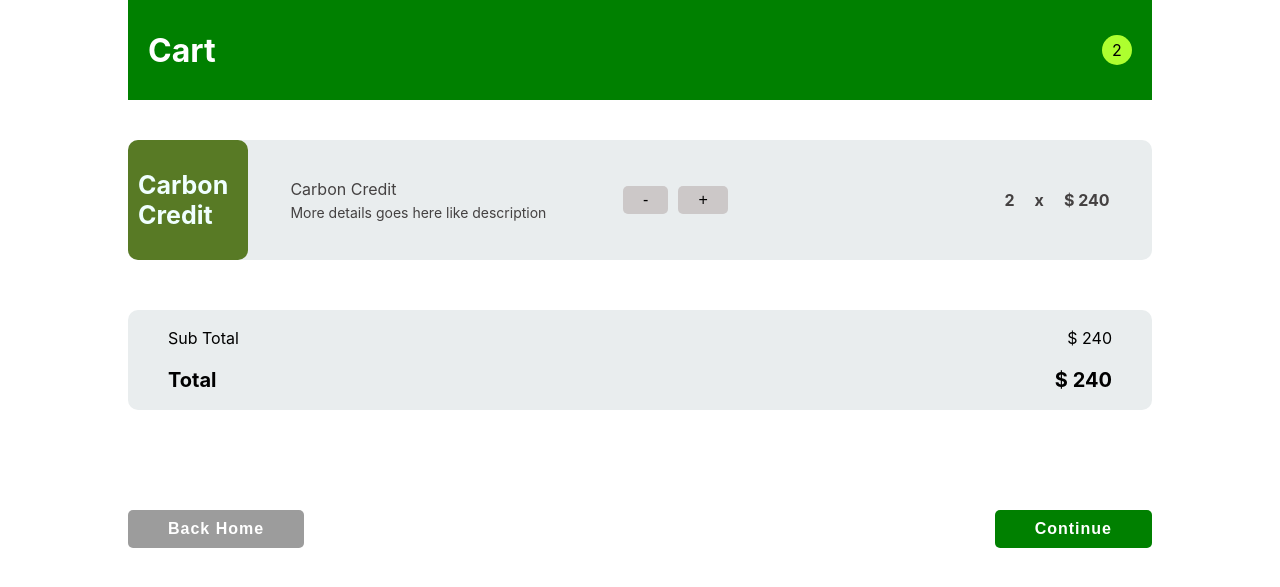
Repository: Yowani24/CarbonApp
Page: /cart
An editor plug-in stored every save of this project. The page is shown before and after the next save, followed by the edit.
The browser window is 1280 px wide. The pictures show the whole page.
The project was rebuilt for these pictures with package versions that can differ from the ones it lists, and the page was loaded fresh each time. The framework's server and built-in components were replaced by stand-ins that run in the browser. Also part of the build but not shown: next.config.js.

Above is the page before, as saved 2021-09-27 00:58:04.

After the next save:
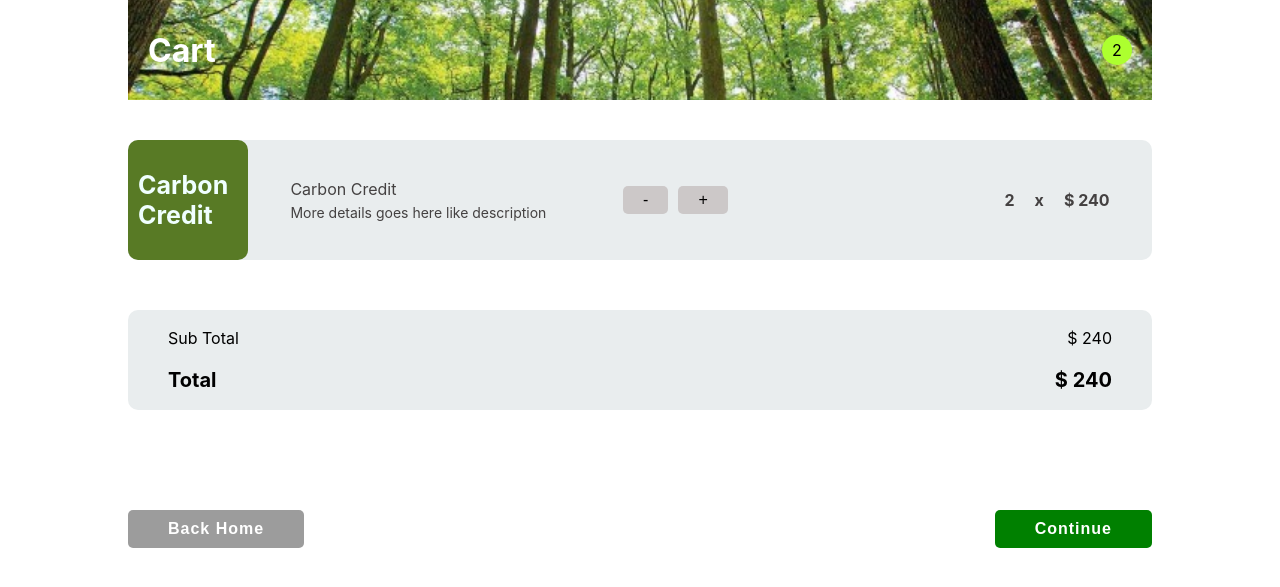
Saved 58 s later.
--- a/pages/cart/Cart.module.css
+++ b/pages/cart/Cart.module.css
@@ -18,6 +18,11 @@
     height: 100px;
     padding: 0 20px;
     background: green;
+
+    background-image: url(../public/appima.jpg);
+  background-repeat: no-repeat;
+  background-position: center;
+  background-size: cover;
 }
 .header_content h1{
     color: #FFFFFF;

After the 3 saves that followed:
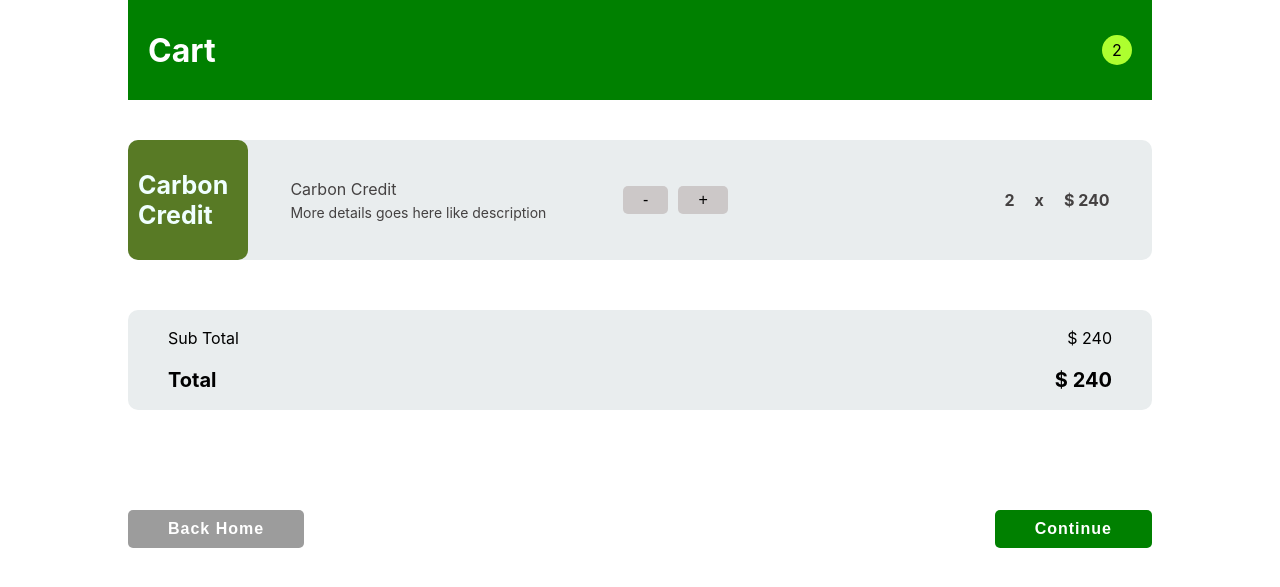
The 3 saves are shown as one change because 2 left the picture as it was.
The last was saved 27 s later.
--- a/pages/cart/Cart.module.css
+++ b/pages/cart/Cart.module.css
@@ -18,11 +18,6 @@
     height: 100px;
     padding: 0 20px;
     background: green;
-
-    background-image: url(../public/appima.jpg);
-  background-repeat: no-repeat;
-  background-position: center;
-  background-size: cover;
 }
 .header_content h1{
     color: #FFFFFF;
